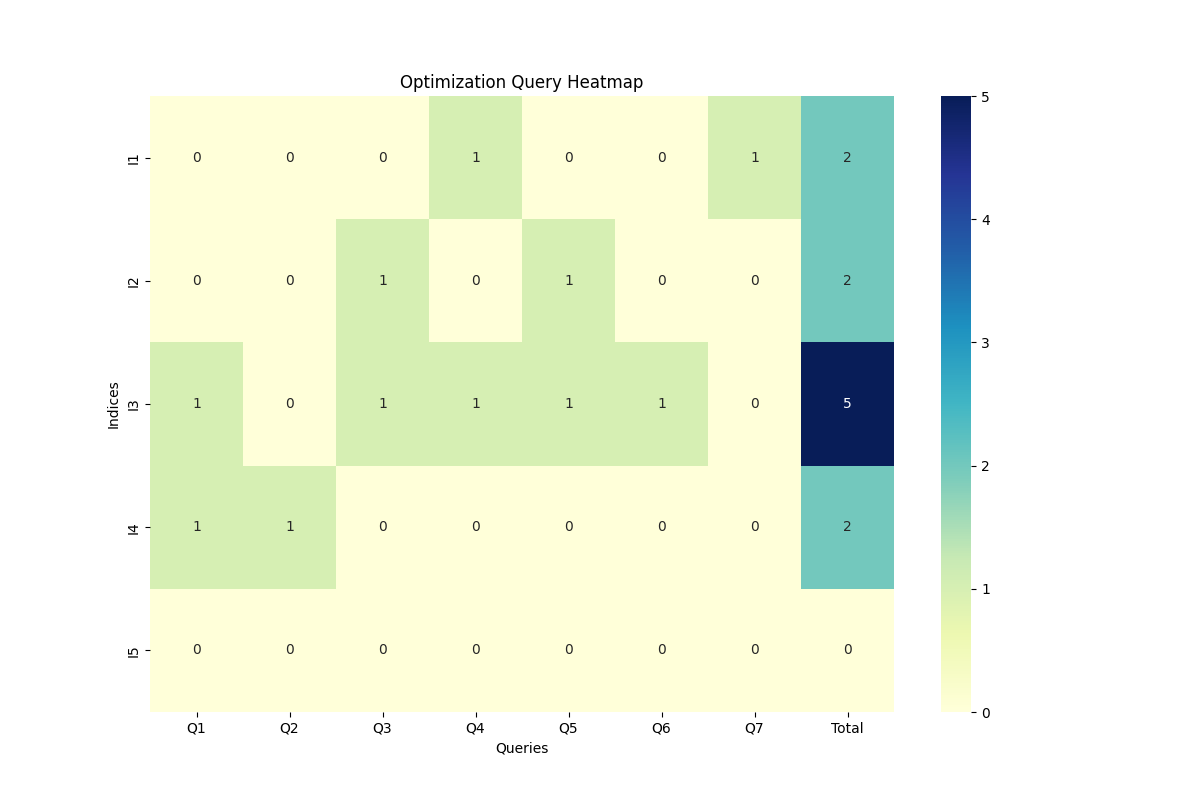
Repository: MarioPasc/Base-de-Datos-Microbiomas
Script's output: python src/mongodb_performance_analysis.py
The author's editor kept a copy of each file at every save. The script's output is drawn from the files as they stood at one save, then again after a run of saves.
Random numbers start from a fixed seed.

Above is the script's output before, as saved 2024-06-03 19:11:36.

### src/mongodb_performance_analysis.py
import pandas as pd
import matplotlib.pyplot as plt
import seaborn as sns
import os

def visualize_query_performance(input_file, output_dir):
    # Load the encoded CSV file
    df = pd.read_csv(input_file)

    # Convert the dataframe from wide to long format for easier plotting
    df_long = pd.melt(df, id_vars=['Query'], var_name='Index_Combination', value_name='Execution_Time')

    # Create output directory if it doesn't exist
    if not os.path.exists(output_dir):
        os.makedirs(output_dir)

    # Set the style of the visualization
    sns.set(style="whitegrid")

    # Create a bar plot for each query showing the execution time for each index combination
    plt.figure(figsize=(15, 10))
    sns.barplot(x='Execution_Time', y='Index_Combination', hue='Query', data=df_long, palette='viridis')
    plt.title('Execution Time of Queries for Different Index Combinations')
    plt.xlabel('Execution Time (seconds)')
    plt.ylabel('Index Combination')
    plt.legend(title='Query', bbox_to_anchor=(1.05, 1), loc='upper left')
    plt.savefig(os.path.join(output_dir, 'barplot_execution_times.png'), bbox_inches='tight')
    plt.show()

    # Create a box plot for each query showing the distribution of execution times
    plt.figure(figsize=(15, 10))
    sns.boxplot(x='Execution_Time', y='Query', data=df_long, palette='viridis')
    plt.title('Distribution of Execution Times for Queries')
    plt.xlabel('Execution Time (seconds)')
    plt.ylabel('Query')
    plt.savefig(os.path.join(output_dir, 'boxplot_execution_times.png'), bbox_inches='tight')
    plt.show()

    # Create a heatmap to show the execution times for each query and index combination
    pivot_df = df_long.pivot(index='Query', columns='Index_Combination', values='Execution_Time')
    plt.figure(figsize=(15, 10))
    sns.heatmap(pivot_df, cmap='viridis', linewidths=.5, cbar_kws={'label': 'Execution Time (seconds)'})
    plt.title('Heatmap of Execution Times for Queries and Index Combinations')
    plt.xlabel('Index Combination')
    plt.ylabel('Query')
    plt.savefig(os.path.join(output_dir, 'heatmap_execution_times.png'), bbox_inches='tight')
    plt.show()


def encode_and_save_csv(input_file, output_file):
    # Load the CSV file
    df = pd.read_csv(input_file)

    # Map original query names to codes
    query_codes = {
        "Patient with the most diverse microbiome": "Q1",
        "Given a microorganism, identify the samples in which it is present and its concentration": "Q2",
        "Patients who suffer from a certain disease and samples": "Q3",
        "Number of samples per type of sample": "Q4",
        "Number of times a microorganism appears in the same sample type": "Q5",
        "Patients who suffer from and have been diagnosed with a disease and have that disease microorganism": "Q6",
        "Find species of microorganism with different sequence registered": "Q7"
    }

    # Map index combinations to codes
    index_codes = {
        "No Indices": "N0",
        "(('samples.sample_id', 1),)": "I1",
        "(('samples.microorganisms.microorganism_id', 1),)": "I2",
        "(('disease', 1),)": "I3",
        "(('samples.sample_type', 1),)": "I4",
        "(('microorganism_id', 1),)": "I5",
        "(('samples.sample_id', 1), ('samples.microorganisms.microorganism_id', 1))": "I1+I2",
        "(('samples.sample_id', 1), ('disease', 1))": "I1+I3",
        "(('samples.sample_id', 1), ('samples.sample_type', 1))": "I1+I4",
        "(('samples.sample_id', 1), ('microorganism_id', 1))": "I1+I5",
        "(('samples.microorganisms.microorganism_id', 1), ('disease', 1))": "I2+I3",
        "(('samples.microorganisms.microorganism_id', 1), ('samples.sample_type', 1))": "I2+I4",
        "(('samples.microorganisms.microorganism_id', 1), ('microorganism_id', 1))": "I2+I5",
        "(('disease', 1), ('samples.sample_type', 1))": "I3+I4",
        "(('disease', 1), ('microorganism_id', 1))": "I3+I5",
        "(('samples.sample_type', 1), ('microorganism_id', 1))": "I4+I5",
        "(('samples.sample_id', 1), ('samples.microorganisms.microorganism_id', 1), ('disease', 1))": "I1+I2+I3",
        "(('samples.sample_id', 1), ('samples.microorganisms.microorganism_id', 1), ('samples.sample_type', 1))": "I1+I2+I4",
        "(('samples.sample_id', 1), ('samples.microorganisms.microorganism_id', 1), ('microorganism_id', 1))": "I1+I2+I5",
        "(('samples.microorganisms.microorganism_id', 1), ('disease', 1), ('samples.sample_type', 1))": "I2+I3+I4",
        "(('samples.microorganisms.microorganism_id', 1), ('disease', 1), ('microorganism_id', 1))": "I2+I3+I5",
        "(('disease', 1), ('samples.sample_type', 1), ('microorganism_id', 1))": "I3+I4+I5",
        "(('samples.sample_id', 1), ('samples.microorganisms.microorganism_id', 1), ('disease', 1), ('samples.sample_type', 1))": "I1+I2+I3+I4",
        "(('samples.sample_id', 1), ('samples.microorganisms.microorganism_id', 1), ('disease', 1), ('microorganism_id', 1))": "I1+I2+I3+I5",
        "(('samples.sample_id', 1), ('samples.microorganisms.microorganism_id', 1), ('samples.sample_type', 1), ('microorganism_id', 1))": "I1+I2+I4+I5",
        "(('samples.microorganisms.microorganism_id', 1), ('disease', 1), ('samples.sample_type', 1), ('microorganism_id', 1))": "I2+I3+I4+I5",
        "(('samples.sample_id', 1), ('disease', 1), ('samples.sample_type', 1))": "I1+I3+I4",
        "(('samples.sample_id', 1), ('disease', 1), ('microorganism_id', 1))": "I1+I3+I5",
        "(('samples.sample_id', 1), ('samples.sample_type', 1), ('microorganism_id', 1))": "I1+I4+I5",
        "(('samples.microorganisms.microorganism_id', 1), ('samples.sample_type', 1), ('microorganism_id', 1))": "I2+I4+I5",
        "(('samples.sample_id', 1), ('disease', 1), ('samples.sample_type', 1), ('microorganism_id', 1))": "I1+I3+I4+I5",
        "(('samples.sample_id', 1), ('disease', 1), ('samples.sample_type', 1), ('microorganism_id', 1))": "I1+I3+I4+I5",
        "(('samples.sample_id', 1), ('samples.microorganisms.microorganism_id', 1), ('disease', 1), ('samples.sample_type', 1), ('microorganism_id', 1))": "I1+I2+I3+I4+I5"
    }

    # Rename queries
    df['Unnamed: 0'] = df['Unnamed: 0'].map(query_codes)

    # Rename columns
    df = df.rename(columns=index_codes)

    # Rename the first column to 'Query'
    df = df.rename(columns={'Unnamed: 0': 'Query'})

    # Save the renamed dataframe to a new CSV file
    df.to_csv(output_file, index=False)
    print(f"Encoded CSV saved to {output_file}")

def save_min_times(input_file: str, output_file: str):
    # Load the data
    data = pd.read_csv(input_file)

    # Initialize the result list
    results = []

    # Iterate over each row in the dataframe
    for index, row in data.iterrows():
        query = row['Query']
        # Extract all time columns except 'N0'
        times = row.drop(labels=['Query', 'N0']).values
        # Find the minimum non-zero time
        min_time = min(time for time in times if time > 0)
        # Find the corresponding indices
        indices = row.drop(labels=['Query', 'N0']).index[row.drop(labels=['Query', 'N0']).values == min_time].tolist()

        # Append the result
        results.append({
            'Query': query,
            'Min_time': min_time,
            'Indexes': ','.join(indices)
        })

    # Create a DataFrame from the results
    result_df = pd.DataFrame(results)

    # Save the results to the output CSV file
    result_df.to_csv(output_file, index=False)

def generate_heatmap(csv_path):

    data = pd.read_csv(csv_path)
    # Initialize a list of indices
    indices = ['I1', 'I2', 'I3', 'I4', 'I5']

    # Extract the relevant columns
    queries = data['Query'].unique()
    binary_matrix = pd.DataFrame(0, index=indices, columns=queries)

    # Fill the binary matrix
    for idx, row in data.iterrows():
        query = row['Query']
        used_indices = row['Indexes'].split('+')
        for index in used_indices:
            if index in indices:
                binary_matrix.at[index, query] = 1

    # Add the "Total" column which is the sum of each row
    binary_matrix['Total'] = binary_matrix.sum(axis=1)

    # Plotting the heatmap
    plt.figure(figsize=(12, 8))
    sns.heatmap(binary_matrix, annot=True, cmap='YlGnBu', cbar=True)
    plt.title('Optimization Query Heatmap')
    plt.xlabel('Queries')
    plt.ylabel('Indices')
    plt.savefig("./query_optimization/mongodb/query_optimization_mongodb_heatmap.png")
    plt.show()


def comparison_heatmap(comparison_file_path):
    comparison_data = pd.read_csv(comparison_file_path)

    # Prepare the data for the heatmap
    heatmap_data = comparison_data.set_index('Index')

    # Plotting the heatmap
    plt.figure(figsize=(10, 6))
    sns.heatmap(heatmap_data.T, annot=True, cmap='YlGnBu', cbar=True)
    plt.title('Query 3 Comparison Heatmap')
    plt.xlabel('Index')
    plt.ylabel('Metrics')
    plt.show()

def main():
    input_file = './query_optimization/mongodb/query_performance.csv'
    output_file = './query_optimization/mongodb/encoded_performance_mongodb.csv'
    #encode_and_save_csv(input_file, output_file)
    #visualize_query_performance(output_file, "./query_optimization/")
    #save_min_times(input_file=output_file, output_file="./query_optimization/mongodb/best_times_mongodb.csv")
    generate_heatmap("./query_optimization/mongodb/best_times_mongodb.csv")

if __name__ == "__main__":
    main()

### query_optimization/mongodb/best_times_mongodb.csv
Query,Min_time,Indexes
Q1,0.0587094704310099,I3+I4
Q2,0.0989473899205525,I4
Q3,0.0807614644368489,I2+I3
Q4,0.0387600342432657,I1+I3
Q5,0.0597636381785074,I2+I3
Q6,0.0842926343282063,I3
Q7,0.0344037691752115,I1

### query_optimization/mongodb/query3_comparison.csv
Index, Time(ms), DocsReturned, DocsExamined
None, 4, 163, 1990
Disease, 2, 163, 163
Disease+Sample.Microorganism_id, 2, 163, 163

After the next 2 saves:
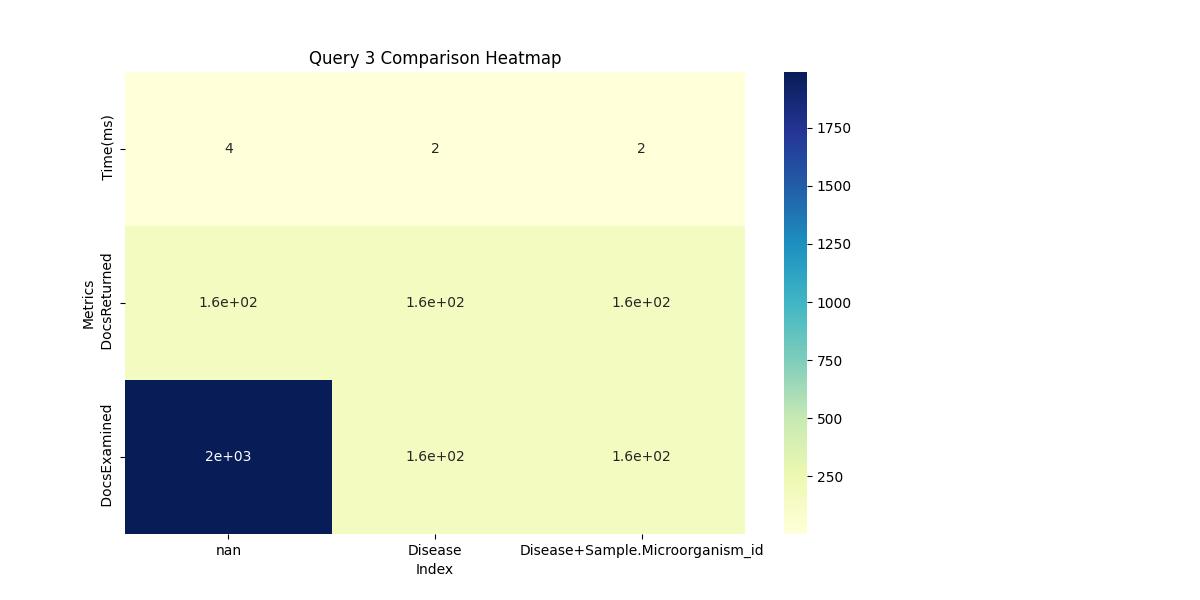
The 2 saves are shown as one change because they came seconds apart.
The last was saved 23 s later.
--- a/src/mongodb_performance_analysis.py
+++ b/src/mongodb_performance_analysis.py
@@ -193,7 +193,8 @@ def main():
     #encode_and_save_csv(input_file, output_file)
     #visualize_query_performance(output_file, "./query_optimization/")
     #save_min_times(input_file=output_file, output_file="./query_optimization/mongodb/best_times_mongodb.csv")
-    generate_heatmap("./query_optimization/mongodb/best_times_mongodb.csv")
+    #generate_heatmap("./query_optimization/mongodb/best_times_mongodb.csv")
+    comparison_heatmap(".\query_optimization\mongodb\query3_comparison.csv")
 
 if __name__ == "__main__":
     main()
